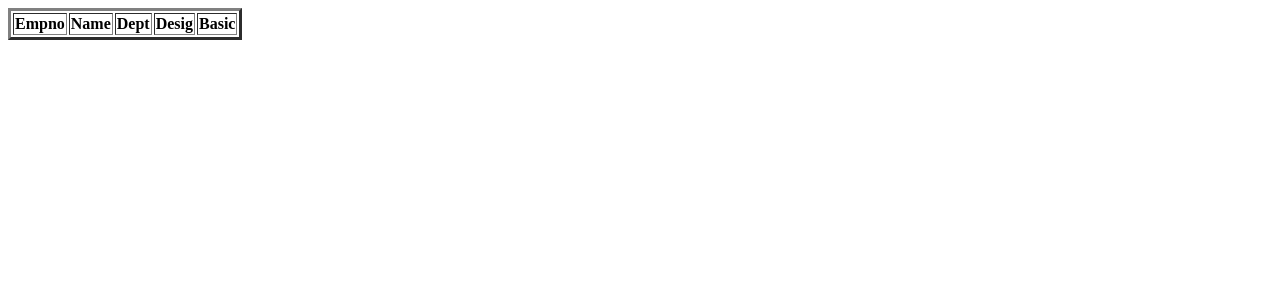
Repository: bspr147/hcl-codes
Page: http://localhost/EmployCrud/EmployShow.jsp
The author's editor kept a copy of each file at every save. The page is drawn from the files as they stood at one save, then again after the next save.
The browser window is 1280 px wide. The pictures show the whole page.
The page is served by Tomcat 9. Queries for data that is not in the repository find no rows.

Above is the page before, as saved 2019-08-21 07:08:33.

After the next save:
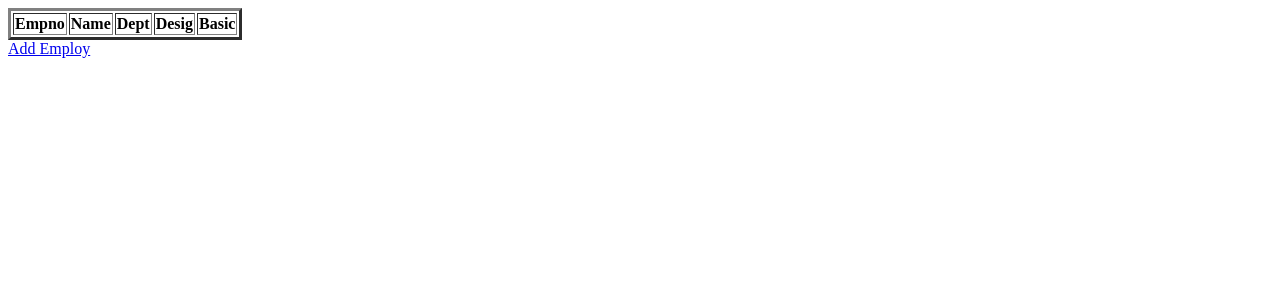
Saved 13 s later.
--- a/HCL Files/Day17/EmployCrud/WebContent/EmployShow.jsp
+++ b/HCL Files/Day17/EmployCrud/WebContent/EmployShow.jsp
@@ -37,6 +37,6 @@
 		}
 	%>
 </table>
-
+<a href="AddEmploy.jsp">Add Employ</a>
 </body>
 </html>
